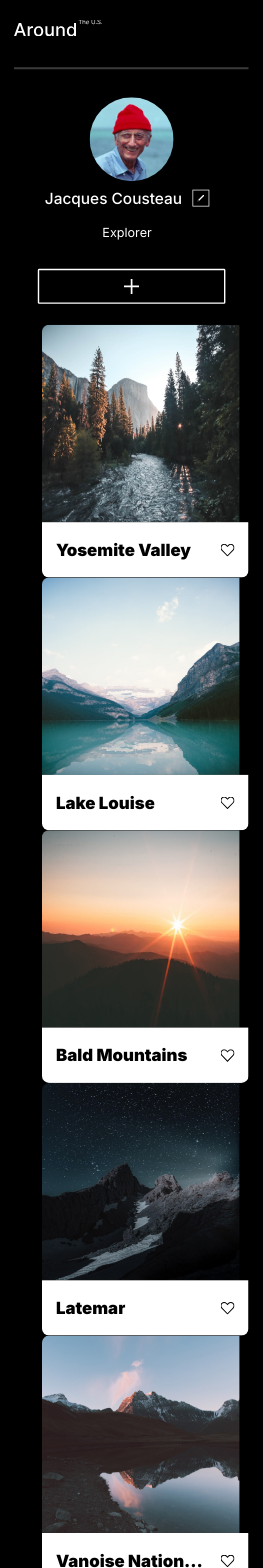
Repository: luisbaezx/se_project_aroundtheus
Page: index.html
The author's editor kept a copy of each file at every save. The page is drawn from the files as they stood at one save, then again after the next save.
The browser window is 375 px wide. The pictures show the part of the page from y = 0 to 2240 px (the page is 2748 px tall before and 2742 px after), at 70% of full size.

Above is the page before, as saved 2024-05-30 17:59:03.

### index.html
<!DOCTYPE html>
<html lang="en">
  <head>
    <meta charset="UTF-8" />
    <meta name="viewport" content="width=device-width, user-scalable=no,
    initial-scale=1/>
    <meta content="ie=edge" http-equiv="X-UA-Compatible" />
    <title>Around The U.S</title>
    <link href="./pages/index.css" rel="stylesheet" />
  </head>
  <body class="page">
    <div class="page__content">
      <header class="header page__section">
        <img
          src="./images/logo.svg"
          alt="Around the U.S. Logo"
          class="header__image"
        />
      </header>
      <main class="content">
        <section class="profile page__section">
          <img
            src="./images/jacques-cousteau.jpg"
            alt="Avatar"
            class="profile__image"
          />
          <div class="profile__info">
            <h1 class="profile__title">Jacques Cousteau</h1>
            <button class="profile__edit-button" type="button"></button>
            <p class="profile__description">Explorer</p>
          </div>
          <button class="profile__add-button" type="button"></button>
        </section>
        <section class="cards page__section">
          <ul class="cards__list">
            <li class="card">
              <img src="./images/yosemite.jpg" class="card__image" />
              <div class="card__description">
                <h2 class="card__title">Yosemite Valley</h2>
                <button class="card__like-button" type="button"></button>
              </div>
            </li>
            <li class="card">
              <img src="./images/lake-louise.jpg" class="card__image" />
              <div class="card__description">
                <h2 class="card__title">Lake Louise</h2>
                <button class="card__like-button" type="button"></button>
              </div>
            </li>
            <li class="card">
              <img src="./images/bald-mountains.jpg" class="card__image" />
              <div class="card__description">
                <h2 class="card__title">Bald Mountains</h2>
                <button class="card__like-button" type="button"></button>
              </div>
            </li>
            <li class="card">
              <img src="./images/latemar.jpg" class="card__image" />
              <div class="card__description">
                <h2 class="card__title">Latemar</h2>
                <button class="card__like-button" type="button"></button>
              </div>
            </li>
            <li class="card">
              <img src="./images/vanoise.jpg" class="card__image" />
              <div class="card__description">
                <h2 class="card__title">Vanoise National Park</h2>
                <button class="card__like-button" type="button"></button>
              </div>
            </li>
            <li class="card">
              <img src="./images/lago.jpg" class="card__image" />
              <div class="card__description">
                <h2 class="card__title">Lago di Braies</h2>
                <button class="card__like-button" type="button"></button>
              </div>
            </li>
          </ul>
        </section>
      </main>
      <footer class="footer">
        <p class="footer__copyright">&copy; 2024 Around The U.S.</p>
      </footer>
    </div>
  </body>
</html>

### pages/index.css
@import url("../vendor/normalize.css");
@import url("../vendor/fonts.css");
@import url("../blocks/page.css");
@import url("../blocks/header.css");
@import url("../blocks/profile.css");
@import url("../blocks/cards.css");
@import url("../blocks/card.css");
@import url("../blocks/footer.css");

### blocks/page.css
.page {
  font-family: Inter, Arial, Helvetica, sans-serif;
  background-color: black;
  color: white;
}

.page__section {
  max-width: 880px;
  width: 100%;
  position: relative;
  margin: 0 auto;
}

.page__content {
  display: flex;
  flex-direction: column;
  min-height: 100vh;
  padding: 0 20px;
}

### blocks/header.css
.header {
  margin-top: 45px;
  border-width: 880px;
  border-bottom: solid rgba(84, 84, 84, 0.7);
  padding-bottom: 41px;
}

.header__image {
  width: 173px;
  height: 33px;
  transition: opacity 0.3s ease;
}
@media screen and (max-width: 450px) {
  .header {
    margin-top: 28px;
    padding-bottom: ;
  }

  .header__image {
    width: 126px;
    height: 24px;

  }

### blocks/profile.css
.profile {
  display: flex;
  align-items: center;
  padding-top: 40px;
  min-width: 282px;
}

.profile__info {
  display: grid;
  grid-template-areas:
    "title button"
    "description description";
  grid-template-columns: minmax(auto, 375px) auto;
  margin-right: 12px;
  align-items: center;
  gap: 15px;
}

.profile__edit-button {
  background: transparent url(../images/edit-icon.svg) center no-repeat;
  height: 24px;
  width: 24px;
  grid-area: button;
  border: 1px white solid;
}

.profile__edit-button:hover {
  opacity: 0.6;
}

.profile__add-button {
  background: transparent url(../images/add-icon.svg) center no-repeat;
  width: 150px;
  height: 50px;
  margin-left: auto;
  border: 2px white solid;
  border-radius: 2px;
  transition: opacity 0.3s ease-in;
}

.profile__add-button:hover {
  opacity: 0.6;
  cursor: pointer;
}
.profile__title {
  font-size: 42px;
  line-height: 48px;
  font-weight: 500;
  grid-area: title;
  margin: 0;
  text-overflow: ellipsis;
  white-space: nowrap;
  overflow: hidden;
}

.profile__description {
  font-size: 18px;
  line-height: 22px;
  font-weight: 400;
  grid-area: description;
  margin: 0;
  text-overflow: ellipsis;
  white-space: nowrap;
  overflow: hidden;
  max-width: 370px;
}

.profile__image {
  height: 120px;
  width: 120px;
  border-radius: 50%;
  object-fit: cover;
  object-position: center;
  margin-right: 24px;
}

@media screen and (max-width: 770px) {
  .profile {
    flex-direction: column;
  }

  .profile__info {
    display: flex;
    flex-wrap: wrap;
    justify-content: center;
    width: 100%;
  }

  .profile__description {
    width: 100%;
    text-align: center;
    margin-bottom: 40px;
  }

  .profile__add-button {
    margin: 0;
    width: 80%;
  }
}

@media screen and (max-width: 450px) {
  .profile {
    justify-content: space-around;
  }
  .profile__title {
    font-size: 22px;
  }
  .profile__edit-button {
    display: flex;
    justify-content: flex-end;
  }

  .profile__image {
    margin: 0;
    min-width: auto;
  }
}

### blocks/cards.css
.cards {
  margin-top: 30px;
  border-radius: 10px;
}

.card__list {
  display: grid;
  justify-content: center;
  grid-template-columns: repeat(auto-fit, 282px);
  grid-gap: 20px 17px;
  padding: 0;
  margin: 0;
}

.card {
  display: flex;
  flex-direction: column;
  list-style: none;
  border-radius: 10px;
  overflow: hidden;
}

.card__image {
  width: 282px;
  height: 282px;
}

.card__title {
  max-width: 220px;
  font-size: 24px;
  font-weight: 900;
  line-height: 29px;
  text-overflow: ellipsis;
  white-space: nowrap;
  overflow: hidden;
  margin: 0;
}

.card__description {
  display: flex;
  background-color: white;
  color: black;
  padding-top: 25px;
  padding-bottom: 25px;
  padding-left: 20px;
  padding-right: 20px;
  align-items: center;
  justify-content: space-between;
}

.card__like-button {
  background: transparent url(../images/like-inactive.svg) center no-repeat;
  width: 21px;
  height: 18px;
  border: none;
  transition: opacity 0.3s ease;
}

.card__like-button:hover {
  opacity: 0.5;
}

### blocks/card.css
.card {
  display: flex;
  flex-direction: column;
  list-style: none;
  border-radius: 10px;
  overflow: hidden;
}

.card__image {
  width: 282px;
  height: 282px;
}

.card__title {
  max-width: 220px;
  font-size: 24px;
  font-weight: 900;
  line-height: 29px;
  text-overflow: ellipsis;
  white-space: nowrap;
  overflow: hidden;
  margin: 0;
}

.card__description {
  display: flex;
  background-color: white;
  color: black;
  padding-top: 25px;
  padding-bottom: 25px;
  padding-left: 20px;
  padding-right: 20px;
  align-items: center;
  justify-content: space-between;
}

.card__like-button {
  background: transparent url(../images/like-active.svg) center no-repeat;
  width: 21px;
  height: 18px;
  border: none;
  transition: opacity 0.3s ease-in;
}

.card__like-button:hover {
  opacity: 0.5;
  cursor: pointer;
}

### blocks/footer.css
.footer {
  width: 100%;
  max-width: 880px;
  margin: 0 auto;
  text-align: left;
}

.footer__copyright {
  color: #545454;
  margin-left: auto;
  margin-right: auto;
  margin-top: 67px;
}

@media screen and (max-width: 600px) {
  .footer {
    max-width: 282px;
  }
}

Loaded but not shown: vendor/normalize.css (library); vendor/fonts.css (common file)

After the next save:
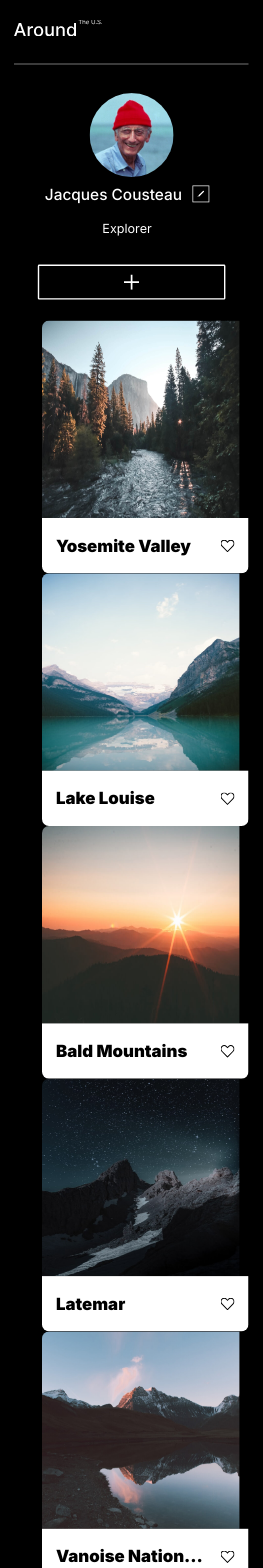
Saved 89 s later.
--- a/blocks/header.css
+++ b/blocks/header.css
@@ -13,7 +13,7 @@
 @media screen and (max-width: 450px) {
   .header {
     margin-top: 28px;
-    padding-bottom: ;
+    padding-bottom: 35px;
   }
 
   .header__image {
